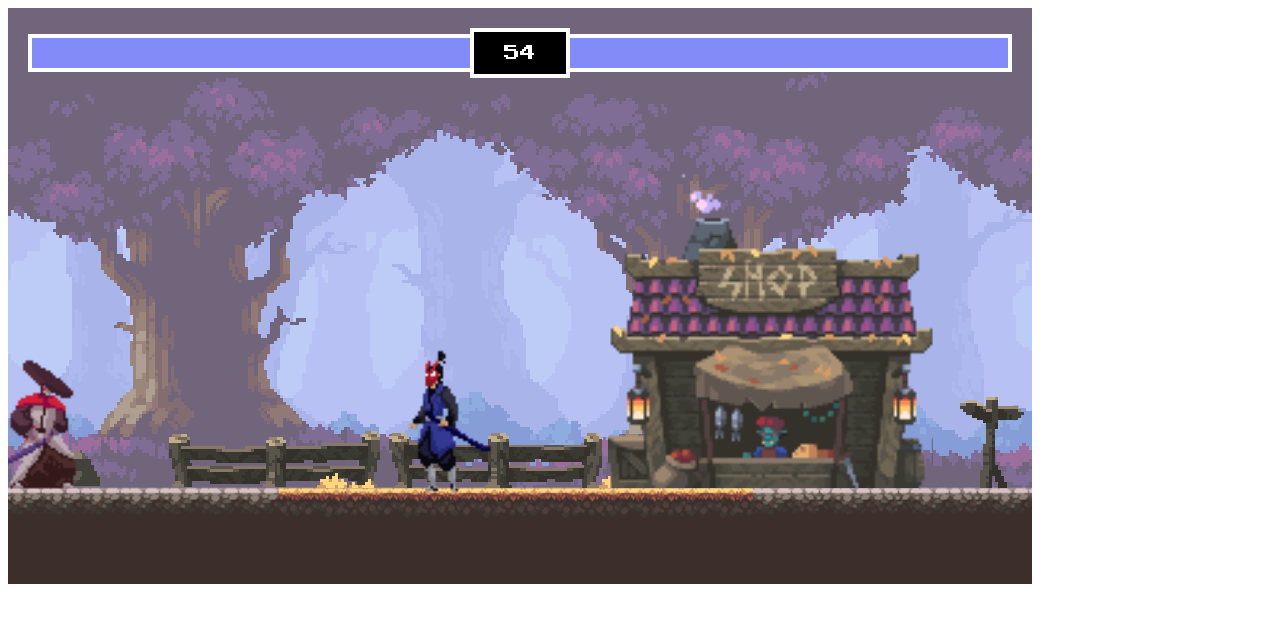
Repository: LuizAGDomingues/js-fighting-game
Page: index.html
These files come from the project's save history. The page is drawn as it stood at one moment and after the next save; the edit follows.
The browser window is 1280 px wide. The pictures show the whole page.

Above is the page before, as saved 2022-12-20 15:25:39.

### index.html
<!DOCTYPE html>
<html lang="en">
  <head>
    <meta charset="UTF-8" />
    <link rel="icon" type="image/svg+xml" href="./images/Logo.jpg" />
    <link rel="preconnect" href="https://fonts.googleapis.com" />
    <link rel="preconnect" href="https://fonts.gstatic.com" crossorigin />
    <link href="https://fonts.googleapis.com/css2?family=Press+Start+2P&display=swap" rel="stylesheet" />
    <link href="./src/css/battle.css" rel="stylesheet" />
    <meta name="viewport" content="width=device-width, initial-scale=1.0" />
    <title>Figthing Game</title>
  </head>
  <body>
    <div class="content">
      <div class="life-bars">
        <!-- player health -->
        <div class="playerHealth-content">
          <div class="playerHealth-aux"></div>
          <div id="playerHealth" class="playerHealth-bar"></div>
        </div>
        <!-- timer -->
        <div id="timer" class="timer">10</div>
        <!-- enemy health -->
        <div class="enemyHealth-content">
          <div class="enemyHealth-aux"></div>
          <div id="enemyHealth" class="enemyHealth-bar"></div>
        </div>
      </div>
      <div id="displayText" class="result">Tie</div>
      <canvas></canvas>
    </div>
    <script
      src="https://cdnjs.cloudflare.com/ajax/libs/gsap/3.11.3/gsap.min.js"
      integrity="sha512-gmwBmiTVER57N3jYS3LinA9eb8aHrJua5iQD7yqYCKa5x6Jjc7VDVaEA0je0Lu0bP9j7tEjV3+1qUm6loO99Kw=="
      crossorigin="anonymous"
      referrerpolicy="no-referrer"
    ></script>
    <script src="./src/utils.js"></script>
    <script src="./src/classes.js"></script>
    <script src="./src/main.js"></script>
  </body>
</html>

### src/css/battle.css
* {
  box-sizing: border-box;
  font-family: 'Press Start 2P', sans-serif;
}

.content {
  position: relative;
  display: inline-block;
}

.life-bars {
  position: absolute;
  display: flex;
  width: 100%;
  align-items: center;
  padding: 20px;
}

.playerHealth-content {
  position: relative;
  width: 100%;
  display: flex;
  justify-content: flex-end;
  border-top: 4px solid white;
  border-left: 4px solid white;
  border-bottom: 4px solid white;
}

.playerHealth-aux {
  background-color: red;
  height: 30px;
  width: 100%;
}

.playerHealth-bar {
  position: absolute;
  background: #818CF8;
  top: 0;
  right: 0;
  bottom: 0;
  width: 100%;
}

.timer {
  background-color: black;
  width: 100px;
  height: 50px;
  flex-shrink: 0;
  display: flex;
  align-items: center;
  justify-content: center;
  color: white;
  border: 4px solid white;
}

.enemyHealth-content {
  position: relative;
  width: 100%;
  border-top: 4px solid white;
  border-right: 4px solid white;
  border-bottom: 4px solid white;
}

.enemyHealth-aux {
  background-color: red;
  height: 30px;
}

.enemyHealth-bar {
  position: absolute;
  background: #818CF8;
  top: 0;
  right: 0;
  bottom: 0;
  left: 0;
}

.result {
  position: absolute;
  color: white;
  align-items: center;
  justify-content: center;
  top: 0;
  right: 0;
  bottom: 0;
  left: 0;
  display: none;
}

### src/utils.js
function rectangularCollision({ rectangle1, rectangle2 }) {
  return (
    rectangle1.attackBox.position.x + rectangle1.attackBox.width >= rectangle2.position.x
    && rectangle1.attackBox.position.x <= rectangle2.position.x + rectangle2.width
    && rectangle1.attackBox.position.y + rectangle1.attackBox.height >= rectangle2.position.y
    && rectangle1.attackBox.position.y <= rectangle2.position.y + rectangle2.height
  )
};

function determineWinner({player, enemy, timerId}) {
  clearTimeout(timerId)
  document.querySelector('#displayText').style.display = 'flex'
  if(player.health === enemy.health) {
    document.querySelector('#displayText').innerHTML = 'Tie'
  } else if (player.health > enemy.health) {
    document.querySelector('#displayText').innerHTML = 'Player 1 wins'
  } else if (player.health < enemy.health) {
    document.querySelector('#displayText').innerHTML = 'Player 2 wins'
  }
};

// Timer actions
let timer = 60
let timerId
function decreaseTimer() {
  if(timer > 0) {
    timerId = setTimeout(decreaseTimer, 1000)
    timer--
    document.querySelector('#timer').innerHTML = timer
  }
  if(timer === 0) {
    determineWinner({player, enemy, timerId})
  }
};

### src/classes.js
class Sprite {
  constructor({position, imageSrc, scale = 1, framesMax = 1, offset = { x: 0, y: 0 }}) {
    this.position = position
    this.width = 50
    this.height = 150
    this.image = new Image()
    this.image.src = imageSrc
    this.scale = scale
    this.framesMax = framesMax
    this.framesCurrent = 0
    this.framesElapsed = 0
    this.framesHold = 5
    this.offset = offset
  }

  draw() {
    c.drawImage(
      this.image,
      this.framesCurrent * (this.image.width / this.framesMax),
      0,
      this.image.width / this.framesMax,
      this.image.height,
      this.position.x - this.offset.x,
      this.position.y - this.offset.y,
      (this.image.width / this.framesMax) * this.scale,
      this.image.height * this.scale
    )
  }

  animateFrames() {
    this.framesElapsed++
    if(this.framesElapsed % this.framesHold === 0) {
      if(this.framesCurrent < this.framesMax - 1) {
        this.framesCurrent++
      } else {
        this.framesCurrent = 0
      }
    }
  }

  update() {
    this.draw()
    this.animateFrames()
  }
}

class Fighter extends Sprite {
  constructor({
    position,
    velocity,
    color = 'red',
    imageSrc,
    scale = 1,
    framesMax = 1,
    offset = { x: 0, y: 0 },
    sprites,
    attackBox = { offset: {}, width: undefined, height: undefined }
  }) {
    super({
      position,
      imageSrc,
      scale,
      framesMax,
      offset
    })

    this.velocity = velocity
    this.width = 50
    this.height = 150
    this.lastKey
    this.attackBox = {
      position: {
        x: this.position.x,
        y: this.position.y
      },
      offset: attackBox.offset,
      width: attackBox.width,
      height: attackBox.height
    }
    this.color = color
    this.isAttacking
    this.health = 100
    this.framesCurrent = 0
    this.framesElapsed = 0
    this.framesHold = 5
    this.sprites = sprites
    this.dead = false

    for (const sprite in this.sprites) {
      sprites[sprite].image = new Image()
      sprites[sprite].image.src = sprites[sprite].imageSrc
    }
  }

  update() {
    this.draw()
    if(!this.dead) this.animateFrames()

    this.attackBox.position.x = this.position.x + this.attackBox.offset.x
    this.attackBox.position.y = this.position.y + this.attackBox.offset.y

    // Draw the attack box
    //c.fillRect(this.attackBox.position.x, this.attackBox.position.y, this.attackBox.size.width, this.attackBox.height)

    this.position.x += this.velocity.x
    this.position.y += this.velocity.y

    // gravity function
    if(this.position.y + this.height + this.velocity.y >= canvas.height - 96) {
      this.velocity.y = 0
      this.position.y = 330
    } else this.velocity.y += gravity
  }

  attack() {
    if(this.image === this.sprites.takeHit.image) {
      return
    } else {
      this.switchSprite('attack1')
      this.isAttacking = true
    }
  }

  takeHit() {
    this.health -= 20
    if(this.health <= 0) {
      this.switchSprite('death')
    } else {
      this.switchSprite('takeHit')
    }
  }

  switchSprite(sprite) {
    if(this.image === this.sprites.death.image) {
      if(this.framesCurrent === this.sprites.death.framesMax - 1)
        this.dead = true
      return
    }
    // overriding all other animations with the attack animation
    if(
      this.image === this.sprites.attack1.image &&
      this.framesCurrent < this.sprites.attack1.framesMax - 1
    ) return
    // overriding when figther gets hit
    if(
      this.image === this.sprites.takeHit.image &&
      this.framesCurrent < this.sprites.takeHit.framesMax - 1
    ) return

    switch(sprite) {
      case 'idle':
        if(this.image !== this.sprites.idle.image) {
          this.image = this.sprites.idle.image
          this.framesMax = this.sprites.idle.framesMax
          this.framesCurrent = 0
        }
        break
      case 'run':
        if(this.image !== this.sprites.run.image) {
          this.image = this.sprites.run.image
          this.framesMax = this.sprites.run.framesMax
          this.framesCurrent = 0
        }
        break
      case 'jump':
        if(this.image !== this.sprites.jump.image) {
          this.image = this.sprites.jump.image
          this.framesMax = this.sprites.jump.framesMax
          this.framesCurrent = 0
        }
        break
      case 'fall':
        if(this.image !== this.sprites.fall.image) {
          this.image = this.sprites.fall.image
          this.framesMax = this.sprites.fall.framesMax
          this.framesCurrent = 0
        }
        break
      case 'attack1':
        if(this.image !== this.sprites.attack1.image) {
          this.image = this.sprites.attack1.image
          this.framesMax = this.sprites.attack1.framesMax
          this.framesCurrent = 0
        }
        break
      case 'takeHit':
        if(this.image !== this.sprites.takeHit.image) {
          this.image = this.sprites.takeHit.image
          this.framesMax = this.sprites.takeHit.framesMax
          this.framesCurrent = 0
        }
        break
      case 'death':
        if(this.image !== this.sprites.death.image) {
          this.image = this.sprites.death.image
          this.framesMax = this.sprites.death.framesMax
          this.framesCurrent = 0
        }
        break
    }
  }
}

### src/main.js
const canvas = document.querySelector('canvas');
const c = canvas.getContext('2d');

canvas.width = 1024
canvas.height = 576

c.fillRect(0, 0, canvas.width, canvas.height)

const gravity = .7

const background = new Sprite({
  position: {
    x: 0,
    y: 0
  },
  imageSrc: '../images/background.png'
})

const shop = new Sprite({
  position: {
    x: 600,
    y: 128
  },
  imageSrc: '../images/shop.png',
  scale: 2.75,
  framesMax: 6
})

const player = new Fighter({
  position: {
    x: 0,
    y: 0
  },
  velocity: {
    x: 0,
    y: 0
  },
  offset: {
    x: 0,
    y: 0
  },
  imageSrc: '../images/samuraiMack/Idle.png',
  framesMax: 8,
  scale: 2.5,
  offset: {
    x: 215,
    y: 155
  },
  sprites: {
    idle: {
      imageSrc: '../images/samuraiMack/Idle.png',
      framesMax: 8
    },
    run: {
      imageSrc: '../images/samuraiMack/Run.png',
      framesMax: 8
    },
    jump: {
      imageSrc: '../images/samuraiMack/Jump.png',
      framesMax: 2
    },
    fall: {
      imageSrc: '../images/samuraiMack/Fall.png',
      framesMax: 2
    },
    attack1: {
      imageSrc: '../images/samuraiMack/Attack1.png',
      framesMax: 6
    },
    takeHit: {
      imageSrc: '../images/samuraiMack/Take Hit.png',
      framesMax: 4
    },
    death: {
      imageSrc: '../images/samuraiMack/Death.png',
      framesMax: 6
    }
  },
  attackBox: {
    offset: {
      x: 100,
      y: 50
    },
    width: 140,
    height: 50
  }
})

const enemy = new Fighter({
  position: {
    x: 400,
    y: 100
  },
  velocity: {
    x: 0,
    y: 0
  },
  color: 'blue',
  offset: {
    x: -50,
    y: 0
  },
  imageSrc: '../images/kenji/Idle.png',
  framesMax: 4,
  scale: 2.5,
  offset: {
    x: 215,
    y: 167
  },
  sprites: {
    idle: {
      imageSrc: '../images/kenji/Idle.png',
      framesMax: 4
    },
    run: {
      imageSrc: '../images/kenji/Run.png',
      framesMax: 8
    },
    jump: {
      imageSrc: '../images/kenji/Jump.png',
      framesMax: 2
    },
    fall: {
      imageSrc: '../images/kenji/Fall.png',
      framesMax: 2
    },
    attack1: {
      imageSrc: '../images/kenji/Attack1.png',
      framesMax: 4
    },
    takeHit: {
      imageSrc: '../images/kenji/Take hit.png',
      framesMax: 3
    },
    death: {
      imageSrc: '../images/kenji/Death.png',
      framesMax: 7
    }
  },
  attackBox: {
    offset: {
      x: -170,
      y: 50
    },
    width: 170,
    height: 50
  }
})

const keys = {
  a: {
    pressed: false
  },
  d: {
    pressed: false
  },
  ArrowRight: {
    pressed: false
  },
  ArrowLeft: {
    pressed: false
  }
}

decreaseTimer();

function animate() {
  window.requestAnimationFrame(animate)
  c.fillStyle = 'black'
  c.fillRect(0, 0, canvas.width, canvas.height)
  background.update()
  shop.update()
  c.fillStyle = 'rgba(255, 255, 255, 0.1)'
  c.fillRect(0, 0, canvas.width, canvas.height)
  player.update()
  enemy.update()

  player.velocity.x = 0
  enemy.velocity.x = 0

  // player movement
  if(keys.a.pressed && player.lastKey === 'a') {
    player.velocity.x = -5
    player.switchSprite('run')
  } else if(keys.d.pressed && player.lastKey === 'd') {
    player.velocity.x = 5
    player.switchSprite('run')
  } else {
    player.switchSprite('idle')
  }
  // player jumping
  if(player.velocity.y < 0) {
    player.switchSprite('jump')
  } else if(player.velocity.y > 0) {
    player.switchSprite('fall')
  }

  // enemy movement
  if(keys.ArrowLeft.pressed && enemy.lastKey === 'ArrowLeft') {
    enemy.velocity.x = -5
    enemy.switchSprite('run')
  } else if(keys.ArrowRight.pressed && enemy.lastKey === 'ArrowRight') {
    enemy.velocity.x = 5
    enemy.switchSprite('run')
  } else {
    enemy.switchSprite('idle')
  }
  // enemy jumping
  if(enemy.velocity.y < 0) {
    enemy.switchSprite('jump')
  } else if(enemy.velocity.y > 0) {
    enemy.switchSprite('fall')
  }

  // detect for collision & enemy is hit
  if(rectangularCollision({rectangle1: player, rectangle2: enemy}) && player.isAttacking && player.framesCurrent === 4) {
    enemy.takeHit()
    player.isAttacking = false
    gsap.to('#enemyHealth', {
      width: enemy.health + '%'
    })
  }

  //if player misses enemy
  if(player.isAttacking && player.framesCurrent === 4) {
    player.isAttacking = false
  }

  // detect for collision & player is hit
  if(rectangularCollision({rectangle1: enemy, rectangle2: player}) && enemy.isAttacking && enemy.framesCurrent === 2) {
    player.takeHit()
    enemy.isAttacking = false
    gsap.to('#playerHealth', {
      width: player.health + '%'
    })
  }

  //if enemy misses enemy
  if(enemy.isAttacking && enemy.framesCurrent === 2) {
    enemy.isAttacking = false
  }

  // end game base on health
  if(enemy.health <= 0 || player.health <= 0){
    determineWinner({player, enemy, timerId})
  }
}
animate()

window.addEventListener('keydown', (event) => {
  if(!player.dead) {
    switch (event.key) {
      case 'd':
        keys.d.pressed = true
        player.lastKey = 'd'
        break
      case 'a':
        keys.a.pressed = true
        player.lastKey = 'a'
        break
      case 'w':
        player.velocity.y = -20
        break
      case ' ':
        player.attack()
        break
    }
  }
  if(!enemy.dead) {
    switch (event.key) {
      case 'ArrowRight':
        keys.ArrowRight.pressed = true
        enemy.lastKey = 'ArrowRight'
        break
      case 'ArrowLeft':
        keys.ArrowLeft.pressed = true
        enemy.lastKey = 'ArrowLeft'
        break
      case 'ArrowUp':
        enemy.velocity.y = -20
        break
      case 'ArrowDown':
        enemy.attack()
        break
    }
  }
})

window.addEventListener('keyup', (event) => {
  switch (event.key) {
    case 'd':
      keys.d.pressed = false
      break
    case 'a':
      keys.a.pressed = false
      break

    case 'ArrowRight':
      keys.ArrowRight.pressed = false
      break
    case 'ArrowLeft':
      keys.ArrowLeft.pressed = false
      break
  }
})

After the next save:
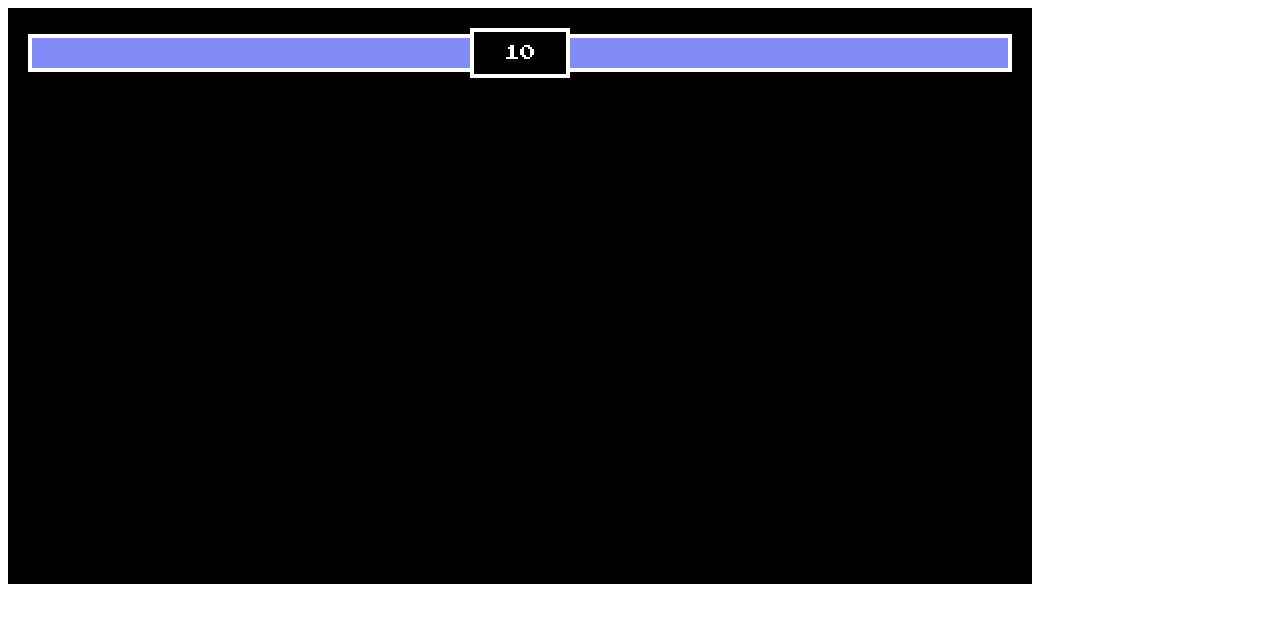
Console error: SyntaxError: Unexpected token ')'
Saved 24 s later.
--- a/src/classes.js
+++ b/src/classes.js
@@ -113,7 +113,7 @@
   }
 
   attack() {
-    if(this.image === this.sprites.takeHit.image) {
+    if(this.image === this.sprites.takeHit.image || ) {
       return
     } else {
       this.switchSprite('attack1')

After the save that followed:
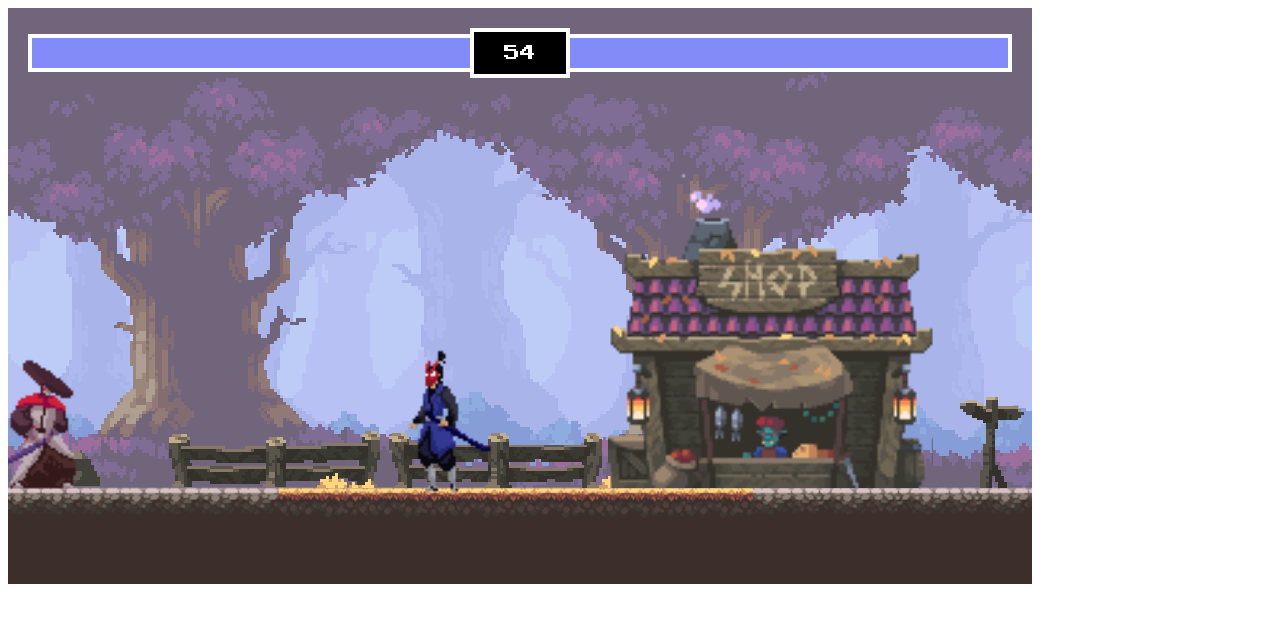
The error is gone.
Saved 8 s later.
--- a/src/classes.js
+++ b/src/classes.js
@@ -113,7 +113,7 @@
   }
 
   attack() {
-    if(this.image === this.sprites.takeHit.image || ) {
+    if(this.image === this.sprites.takeHit.image || this.image === this.sprites.death.image) {
       return
     } else {
       this.switchSprite('attack1')
